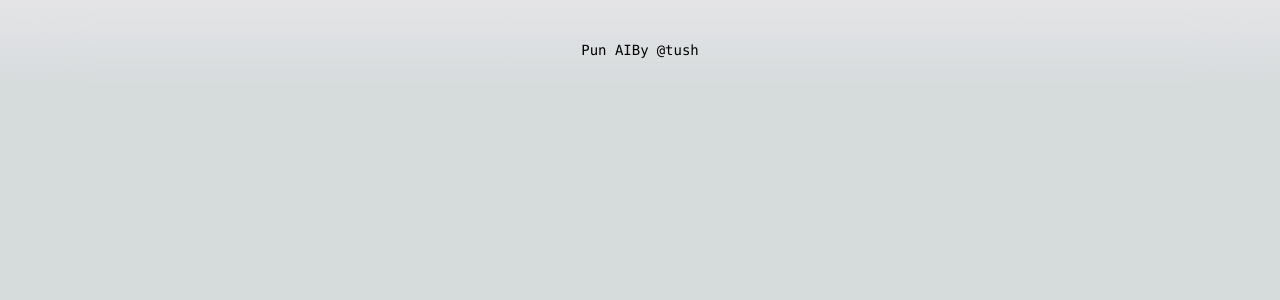
Repository: tushcmd/next-puns-ai
Page: /
The author's editor kept a copy of each file at every save. The page is drawn from the files as they stood at one save, then again after the next save.
The browser window is 1280 px wide. The pictures show the whole page.
The project was rebuilt for these pictures with package versions that can differ from the ones it lists, and the page was loaded fresh each time. The framework's server and built-in components were replaced by stand-ins that run in the browser. Also part of the build but not shown: next.config.mjs.

Above is the page before, as saved 2024-03-07 17:33:10.

### app/page.tsx
import Image from "next/image";
import { FormEvent } from "react";
import Header from "./components/header";



export default function Home() {
 {/* async function handleSubmit(e: FormEvent:<HTMLFormElement>) {
    return ;
  }    */}


  return (
    //Main Section
    <main>
      <Header />
      {/*Nav*/}
{/*
      <div className="z-10 max-w-5xl w-full items-center justify-between font-mono text-sm lg:flex">
        <p className="fixed left-0 top-0 flex w-full justify-center border-b border-gray-300 bg-gradient-to-b from-zinc-200 py-2 backdrop-blur-2xl dark:border-neutral-800 dark:bg-zinc-800/30 dark:from-inherit lg:static lg:w-auto  lg:rounded-xl lg:border lg:bg-gray-200 lg:p-0 lg:dark:bg-zinc-800/30">
          Pun AI
        </p>

        <div className="fixed bottom-0 left-0 flex h-48 w-full items-end justify-center bg-gradient-to-t from-white via-white dark:from-black dark:via-black lg:static lg:h-auto lg:w-auto lg:bg-none">
          {/*<div>
            Dak
       </div>
          <a
            className="pointer-events-none flex place-items-center gap-2 p-8 lg:pointer-events-auto lg:p-0"
            href="https://tushdev.co/"
            target="_blank"
            rel="noopener noreferrer"
          >
            By{" "}
            <p>@tush</p>
          </a>
        </div>
      </div>

      <div className="relative flex flex-col place-items-center before:absolute before:h-[300px] before:w-full sm:before:w-[480px] before:-translate-x-1/2 before:rounded-full before:bg-gradient-radial before:from-white before:to-transparent before:blur-2xl before:content-[''] after:absolute after:-z-20 after:h-[180px] after:w-full sm:after:w-[240px] after:translate-x-1/3 after:bg-gradient-conic after:from-sky-200 after:via-blue-200 after:blur-2xl after:content-[''] before:dark:bg-gradient-to-br before:dark:from-transparent before:dark:to-blue-700 before:dark:opacity-10 after:dark:from-sky-900 after:dark:via-[#0141ff] after:dark:opacity-40 before:lg:h-[360px] z-[-1]">
        <p className="p-4 lg:pb-8 text-xl">
          Generate a random pun from a topic to brighten your day <br /> with Pun AI
        </p>
        <svg
          xmlns="http://www.w3.org/2000/svg"
          width="156"
          height="156"
          viewBox="0 0 24 24"
          fill="none"
          stroke="#FFFFFF"
          stroke-width="2"
          stroke-linecap="round"
          stroke-linejoin="round"
          className="lucide lucide-smile"><circle cx="12" cy="12" r="10" /><path d="M8 14s1.5 2 4 2 4-2 4-2" /><line x1="9" x2="9.01" y1="9" y2="9" /><line x1="15" x2="15.01" y1="9" y2="9"
          />
        </svg>
      </div>

      <form className="flex flex-col justify-between mb-32 text-center lg:max-w-3xl lg:w-full lg:mb-0 lg:grid-cols-4">
        <div className='w-full mb-4'>
          <label className="block items-center justify-center mb-4" htmlFor="prompt-input">
            Enter random topic to get pun...
          </label>
          <input
            className="shadow appearance-none border rounded w-full py-2 px-3 text-gray-700 leading-tight focus:outline-none focus:shadow-outline"
            id="prompt-input"
            type="text"
            placeholder="e.g. money, code, fruits">
          </input>
        </div>
        <button
          type="submit"
          className="bg-blue-500 hover:bg-blue-700 text-white font-bold py-2 px-4 rounded focus:outline-none focus:shadow-outline"
        >
          Generate Pun
        </button>
      </form> */}
    </main>
  );
}

### app/components/header.tsx
import Link from "next/link";

export default function Header() {
    return (
        <header className="fixed flex justify-center items-center w-full z-50 t-0 bg-gradient-to-b from-zinc-200 pb-6 pt-8 backdrop-blur-2xl dark:bg-zinc-800/30 dark:from-inherit">
            <div className="flex flex-row items-center w-ful md:max-w-5xl px-4 py-2 justify-between font-mono text-sm">
                <Link
                    className=""
                    href='/'
                >
                    Pun AI
                </Link>

                <Link
                    className="pointer-events-none flex place-items-center gap-2 p-8 lg:pointer-events-auto lg:p-0"
                    href="https://tushdev.co/"
                    target="_blank"
                    rel="noopener noreferrer"
                >
                    By{" "}
                    <p>@tush</p>
                </Link>
            </div>
        </header>


    );
}


{/*<header className = 'fixed flex justify-center items-center w-full z-50 t-0 border-gray-300 bg-gradient-to-b from-zinc-200 pb-6 pt-8 backdrop-blur-2xl dark:border-neutral-800 dark:bg-zinc-800/30 dark:from-inherit lg:static  lg:rounded-xl lg:border lg:bg-gray-200 lg:p-4 lg:dark:bg-zinc-800/30'>
            <div className="flex items-start md:max-w-5xl py-3 w-auto md:px-5 px-5 justify-start font-mono text-sm">
                <Link href='/' className=''> Pun AI</Link>
            </div>
        </header> */}

{/*} <div className="flex flex-row z-10 max-w-5xl w-full items-center justify-between font-mono text-sm">
            <p className="fixed left-0 top-0 flex items-start border-b border-gray-300 bg-gradient-to-b from-zinc-200 pb-6 pt-8 backdrop-blur-2xl dark:border-neutral-800 dark:bg-zinc-800/30 dark:from-inherit lg:static w-auto  lg:rounded-xl lg:border lg:bg-gray-200 lg:p-4 lg:dark:bg-zinc-800/30">
                Pun AI
            </p>
            <p>h2</p>
        </div> */}

Loaded but not shown: app/layout.tsx (common file); app/globals.css (common file); tailwind.config.ts (common file)

After the next save:
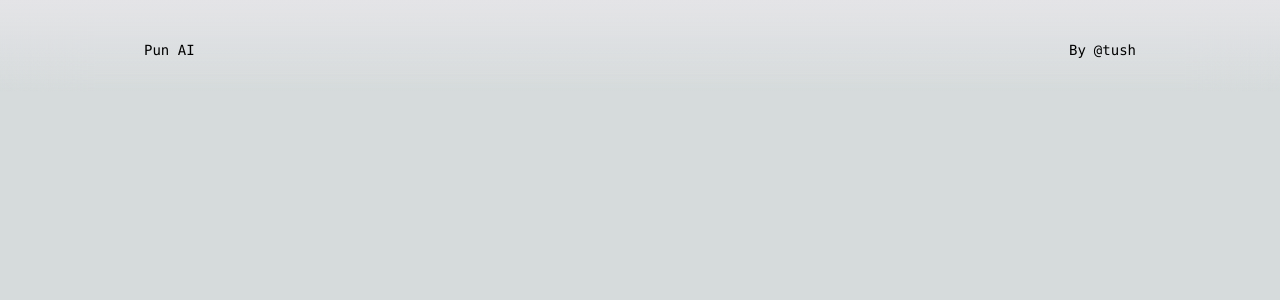
Saved 14 s later.
--- a/app/components/header.tsx
+++ b/app/components/header.tsx
@@ -3,7 +3,7 @@
 export default function Header() {
     return (
         <header className="fixed flex justify-center items-center w-full z-50 t-0 bg-gradient-to-b from-zinc-200 pb-6 pt-8 backdrop-blur-2xl dark:bg-zinc-800/30 dark:from-inherit">
-            <div className="flex flex-row items-center w-ful md:max-w-5xl px-4 py-2 justify-between font-mono text-sm">
+            <div className="flex flex-row items-center w-full md:max-w-5xl px-4 py-2 justify-between font-mono text-sm">
                 <Link
                     className=""
                     href='/'
